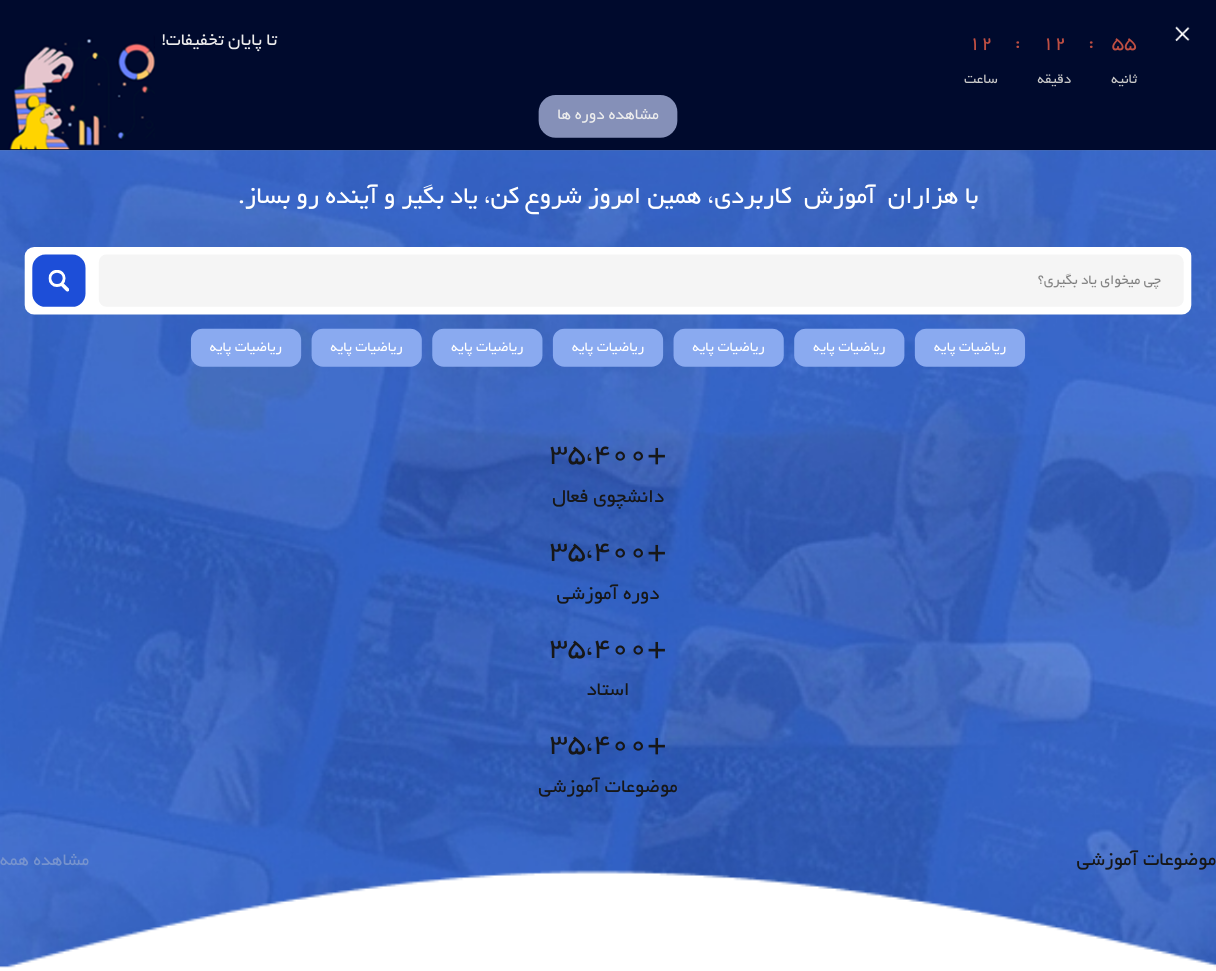
Repository: sinafath/fradars
Page: /
An editor plug-in stored every save of this project. The page is shown before and after the next save, followed by the edit.
The browser window is 1280 px wide. The pictures show the whole page, at 95% of full size.
The project was rebuilt for these pictures with package versions that can differ from the ones it lists, and the page was loaded fresh each time. The framework's server and built-in components were replaced by stand-ins that run in the browser. Also part of the build but not shown: next.config.ts.

Above is the page before, as saved 2025-09-21 20:23:36.

After the next save:
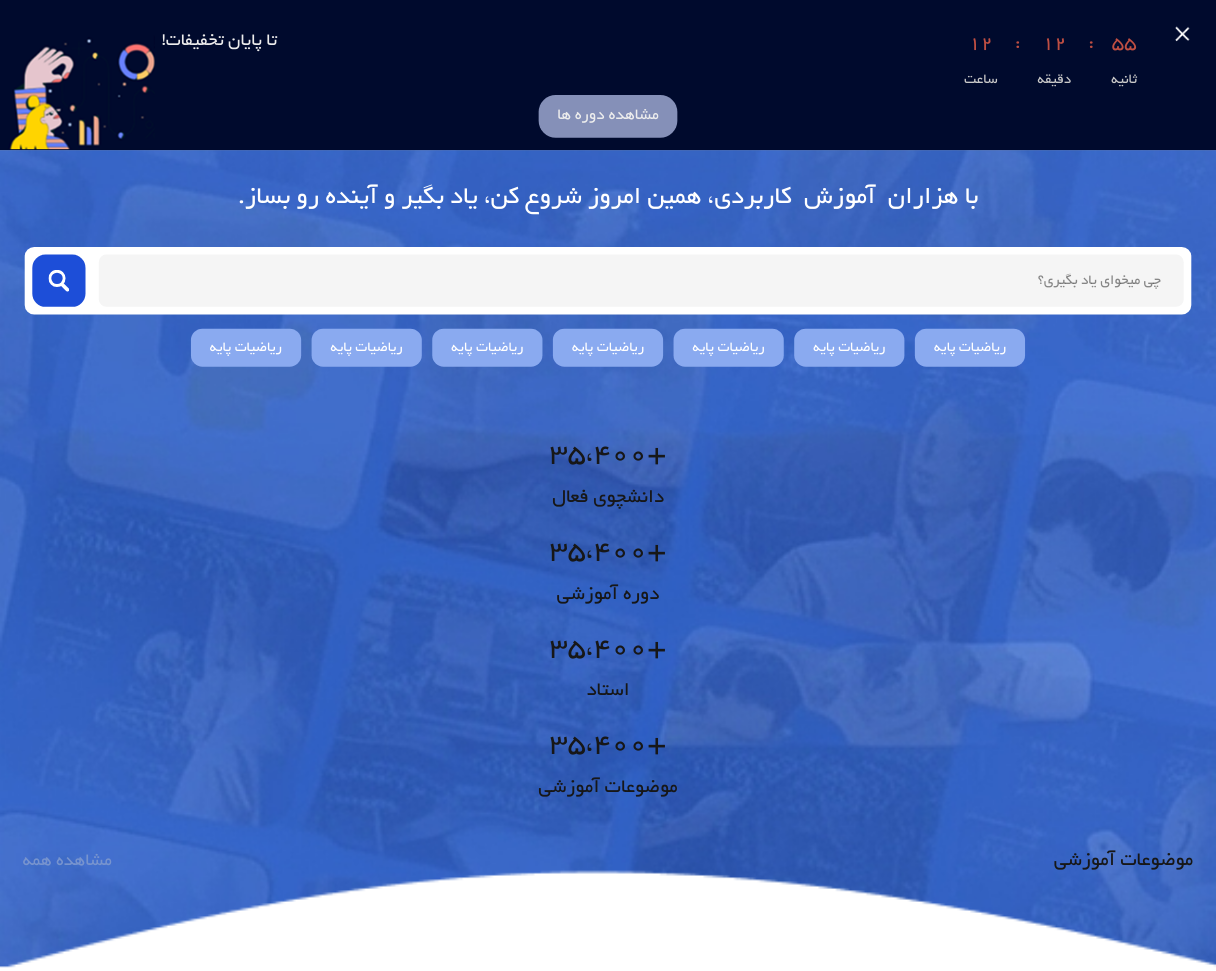
Saved 4 s later.
--- a/src/app/page.tsx
+++ b/src/app/page.tsx
@@ -86,7 +86,7 @@
           <div className="text-[22px]"> موضوعات آموزشی</div>
         </Column>
       </Column>
-      <Row justify="between" className="mt-[44px] mb-[26px] px">
+      <Row justify="between" className="mt-[44px] mb-[26px] px-[24px]">
         <h3 className="text-[22px] ">موضوعات آموزشی</h3>
         <p className="text-[20px] text-[#7894CE]"> مشاهده همه</p>
       </Row>
